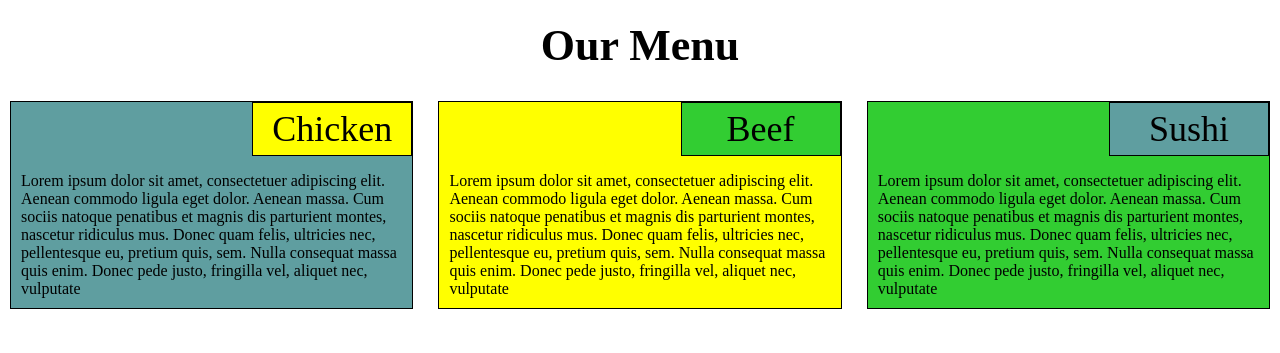
Repository: Normandy72/module2-solution
Page: index.html
These files come from the project's save history. The page is drawn as it stood at one moment and after the next save; the edit follows.
The browser window is 1280 px wide. The pictures show the whole page.
Some web fonts or font styles are not loaded; a fallback is used.

Above is the page before, as saved 2022-12-05 15:31:36.

### index.html
<!DOCTYPE html>
<html lang="en">
<head>
    <meta charset="UTF-8">
    <meta http-equiv="X-UA-Compatible" content="IE=edge">
    <meta name="viewport" content="width=device-width, initial-scale=1.0">
    <title>Our menu</title>
    <link href="https://fonts.googleapis.com/css2?family=Comic+Neue:ital,wght@0,300;0,400;0,700;1,300;1,400;1,700&family=Roboto:ital,wght@0,100;0,300;0,400;0,500;0,700;0,900;1,100;1,300;1,400;1,500;1,700;1,900&display=swap" rel="stylesheet">
    <link rel="stylesheet" href="styles/style.css">
</head>
<body>
    <h1>Our Menu</h1>
    <div class="wrapper">
        <div class="card">
            <div class="card__name">Chicken</div>
            <p class="card__text">Lorem ipsum dolor sit amet, consectetuer adipiscing elit. Aenean commodo ligula eget dolor. Aenean massa. Cum sociis natoque penatibus et magnis dis parturient montes, nascetur ridiculus mus. Donec quam felis, ultricies nec, pellentesque eu, pretium quis, sem. Nulla consequat massa quis enim. Donec pede justo, fringilla vel, aliquet nec, vulputate</p>
        </div>
        <div class="card">
            <div class="card__name">Beef</div>
            <p class="card__text">Lorem ipsum dolor sit amet, consectetuer adipiscing elit. Aenean commodo ligula eget dolor. Aenean massa. Cum sociis natoque penatibus et magnis dis parturient montes, nascetur ridiculus mus. Donec quam felis, ultricies nec, pellentesque eu, pretium quis, sem. Nulla consequat massa quis enim. Donec pede justo, fringilla vel, aliquet nec, vulputate</p>
        </div>
        <div class="card">
            <div class="card__name">Sushi</div>
            <p class="card__text">Lorem ipsum dolor sit amet, consectetuer adipiscing elit. Aenean commodo ligula eget dolor. Aenean massa. Cum sociis natoque penatibus et magnis dis parturient montes, nascetur ridiculus mus. Donec quam felis, ultricies nec, pellentesque eu, pretium quis, sem. Nulla consequat massa quis enim. Donec pede justo, fringilla vel, aliquet nec, vulputate</p>
        </div>
    </div>
</body>
</html>

### styles/style.css
*{
    font-family: 'Comic Neue', cursive;
    font-size: 10px;

    margin: 0;
    padding: 0;
    box-sizing: border-box;
}

h1{
    font-size: 4.4rem;
    text-align: center;

    padding-top: 20px;
    padding-bottom: 30px;
}

.wrapper{
    display: flex;
    justify-content: space-between;
    padding-left: 10px;
    padding-right: 10px;
}

.card{
    width: 32%;
    margin-bottom: 30px;
    position: relative;
    border: 1px solid black;
}

.card__name{
    border: 1px solid black;
    font-size: 3.6rem;
    padding: 5px;
    text-align: center;
    width: 160px;
    position: absolute;
    top: 0;
    right: 0;
}

.card__text{
    font-size: 1.6rem;
    padding: 70px 10px 10px;
}

.card:nth-child(1){
    background-color: cadetblue;
}

.card:nth-child(2){
    background-color: yellow;
}

.card:nth-child(3){
    background-color: limegreen;
}

.card:nth-child(1) .card__name{
    background-color: yellow;
}

.card:nth-child(2) .card__name{
    background-color: limegreen;
}

.card:nth-child(3) .card__name{
    background-color: cadetblue;
}

@media screen and (min-width: 768px) and (max-width: 991px) {
    .wrapper{
        flex-wrap: wrap;
    }

    .card:nth-child(1), .card:nth-child(2){
        width: 49%;
    }

    .card:nth-child(3){
        width: 100%;
    }
}

@media  screen and (max-width: 768px) {
    .wrapper{
        flex-wrap: wrap;
    }

    .card:nth-child(1), .card:nth-child(2), .card:nth-child(3)    {
        width: 100%;
    }

}

After the next save:
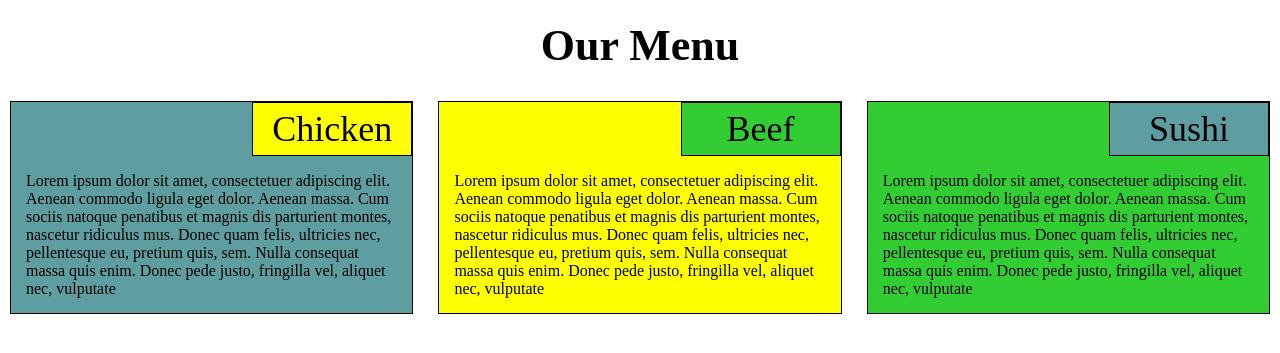
Saved 8 min 53 s later.
--- a/styles/style.css
+++ b/styles/style.css
@@ -42,7 +42,7 @@ h1{
 
 .card__text{
     font-size: 1.6rem;
-    padding: 70px 10px 10px;
+    padding: 70px 15px 15px;
 }
 
 .card:nth-child(1){
